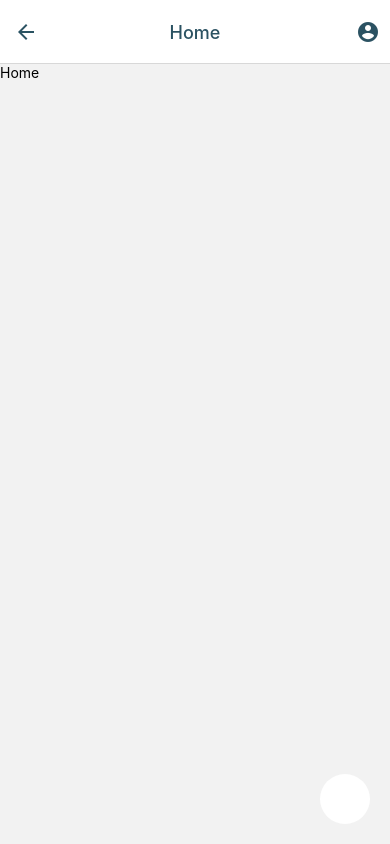
Repository: SaudCh/Expo-Pethub
Screen: /Home
The author's editor kept a copy of each file at every save. The screen is drawn from the files as they stood at one save, then again after the next save.
The app was drawn by React Native's web renderer in a window 390 px wide. The project was rebuilt for these pictures with package versions that can differ from the ones it lists, and the page was loaded fresh each time. Also part of the build but not shown: Screens/Signup.js, Screens/Profile.js, Screens/UpdateProfile.js, Screens/ForgetPassword.js.

Above is the screen before, as saved 2022-11-15 00:50:34.

### App.js
import { StatusBar } from 'expo-status-bar';
import 'react-native-gesture-handler';
import { StyleSheet, Text, View } from 'react-native';
import { Provider as PaperProvider } from 'react-native-paper';
import AppNavigator from './Components/Navigator';

export default function App() {
  return (
    <PaperProvider>
      <AppNavigator />
    </PaperProvider>
  );
}

const styles = StyleSheet.create({
  container: {
    flex: 1,
    backgroundColor: '#fff',
    alignItems: 'center',
    justifyContent: 'center',
  },
});

### Components/Navigator.js
// In App.js in a new project

import * as React from 'react';
import { View, Text } from 'react-native';
import { NavigationContainer } from '@react-navigation/native';
import { createNativeStackNavigator } from '@react-navigation/native-stack';
import Login from '../Screens/Login';
import Signup from '../Screens/Signup';
import Home from '../Screens/Home';
import Profile from '../Screens/Profile';
import UpdateProfile from '../Screens/UpdateProfile';
import Avatar from './Avatar';
import ForgetPassword from '../Screens/ForgetPassword';

function HomeScreen() {
    return (
        <View style={{ flex: 1, alignItems: 'center', justifyContent: 'center' }}>
            <Text>Home Screen</Text>
        </View>
    );
}

const Stack = createNativeStackNavigator();

function AppNavigator() {
    return (
        <NavigationContainer>
            <Stack.Navigator>
                <Stack.Screen name="Login" component={Login} options={{
                    title: 'Login',
                    headerTintColor: "#2B5262",
                    headerTitleAlign: 'center'
                }} />

                <Stack.Screen name="Signup" component={Signup} options={{
                    title: 'Signup',
                    headerTintColor: "#2B5262",
                    headerTitleAlign: 'center'
                }} />

                <Stack.Screen name="ForgetPassword" component={ForgetPassword} options={{
                    title: 'Forget Password',
                    headerTintColor: "#2B5262",
                    headerTitleAlign: 'center'
                }} />

                <Stack.Screen name="Home" component={Home}
                    options={{
                        title: 'Home',
                        headerTintColor: "#2B5262",
                        headerTitleAlign: 'center',
                        headerRight: () => (
                            <Avatar />
                        )
                    }}
                />

                <Stack.Screen name="Profile" component={Profile} options={{
                    title: 'Profile',
                    headerTintColor: "#2B5262",
                    headerTitleAlign: 'center'
                }} />
                <Stack.Screen name="UpdateProfile" component={UpdateProfile} options={{
                    title: 'Update',
                    headerTintColor: "#2B5262",
                    headerTitleAlign: 'center',
                }} />

            </Stack.Navigator>
        </NavigationContainer>
    );
}

export default AppNavigator;

### Screens/Login.js
import { useNavigation } from "@react-navigation/native";
import React, { useState, useEffect } from "react";
import { View, Text, StyleSheet, ActivityIndicator, Alert, TouchableOpacity } from 'react-native'
import { TextInput, Button } from "react-native-paper"

export default function Login() {

    const navigation = useNavigation()

    const [data, setData] = useState({
        email: '',
        password: ''
    })

    return (
        <View style={{ ...styles.body }}>
            <View style={{ ...styles.box }}>
                <View>
                    <TextInput
                        mode="outlined"
                        placeholder="Email"
                        style={{ marginBottom: 10 }}
                        value={data.email}
                        onChangeText={text => setData({ ...data, email: text })}
                    />
                </View>
                <View>
                    <TextInput
                        mode="outlined"
                        placeholder="Password"
                        value={data.password}
                        style={{ marginBottom: 10 }}
                        onChangeText={text => setData({ ...data, password: text })}
                        secureTextEntry
                    />
                </View>
                <TouchableOpacity onPress={()=>navigation.navigate("ForgetPassword")}>
                    <Text style={{ alignSelf: 'flex-end', color: 'blue' }}>Forgot Password?</Text>
                </TouchableOpacity>
                <View>
                    <Button mode="contained" onPress={() => navigation.replace('Home')} style={{ marginTop: 10 }} >
                        Login
                    </Button>

                    <Button onPress={() => navigation.navigate("Signup")} style={{ backgroundColor: 'transparent' }}>
                        <Text style={{ ...styles.bottomText }}>Switch to Signup</Text>
                    </Button>
                </View>
            </View>
        </View >
    );
}
const styles = StyleSheet.create({
    body: {
        flex: 1,
        alignItems: "center",
        justifyContent: 'center',
        backgroundColor: '#A9CCCF'
    },
    box: {
        shadowColor: "#000",
        shadowOffset: {
            width: 0,
            height: 3,
        },
        shadowOpacity: 0.27,
        shadowRadius: 4.65,
        elevation: 6,
        borderRadius: 10,

        backgroundColor: "#fff",
        padding: 20,
        width: 350
    },
    inputText: {
        fontWeight: 'bold'
    },
    bottomText: {
        fontSize: 16
    }
});

### Screens/Home.js
import { StyleSheet, Text, TouchableOpacity, View } from 'react-native'
import React from 'react'

export default function Home() {
  return (
    <View style={{ flex: 1 }}>
      <Text>Home</Text>

      <TouchableOpacity style={{ ...styles.floatingPoint }}>

      </TouchableOpacity>
    </View>
  )
}

const styles = StyleSheet.create({
  floatingPoint: {
    width: 50,
    height: 50,
    borderRadius: 50,
    backgroundColor: '#fff',
    position: 'absolute',
    bottom: 20,
    right: 20
  }

})

### Components/Avatar.js
import { StyleSheet, Text, TouchableOpacity, View } from 'react-native'
import React from 'react'
import { MaterialIcons } from '@expo/vector-icons';
import { useNavigation } from '@react-navigation/native';

export default function Avatar() {
    const navigation = useNavigation();
    return (
        <TouchableOpacity TouchableOpacity onPress={() => navigation.navigate("Profile")} style={{
            marginRight: 10
        }} >
            <MaterialIcons name="account-circle" size={24} color={"#2B5262"} />
        </TouchableOpacity>
    )
}

const styles = StyleSheet.create({})

After the next save:
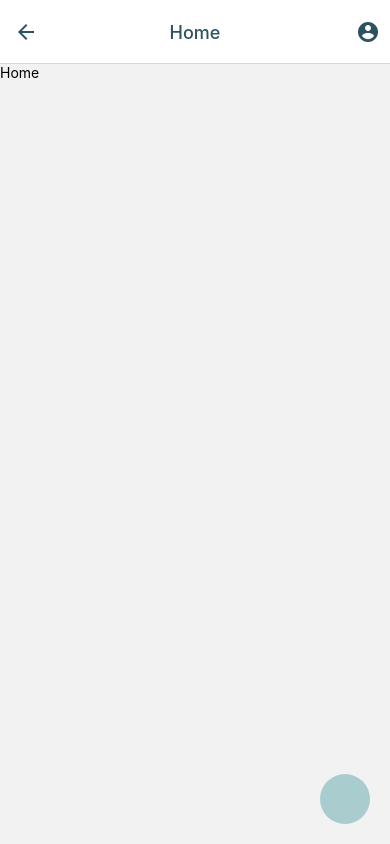
Saved 10 s later.
--- a/Screens/Home.js
+++ b/Screens/Home.js
@@ -18,7 +18,7 @@ const styles = StyleSheet.create({
     width: 50,
     height: 50,
     borderRadius: 50,
-    backgroundColor: '#fff',
+    backgroundColor: '#A9CCCF',
     position: 'absolute',
     bottom: 20,
     right: 20
